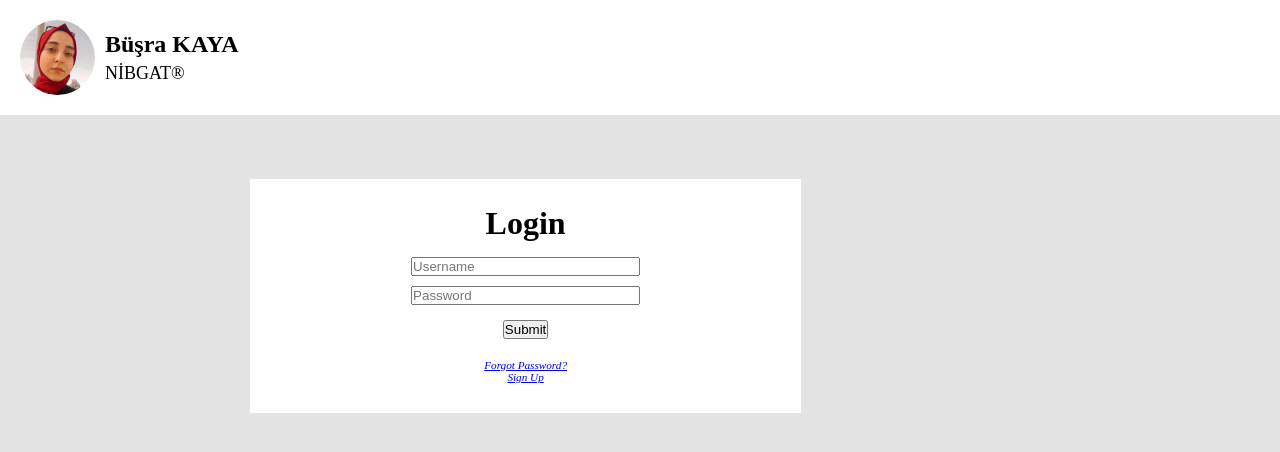
Repository: busra-kayaa/LoginPage
Page: login.html
These files come from the project's save history. The page is drawn as it stood at one moment and after the next save; the edit follows.
The browser window is 1280 px wide. The pictures show the whole page.

Above is the page before, as saved 2024-01-02 18:12:44.

After the next save:
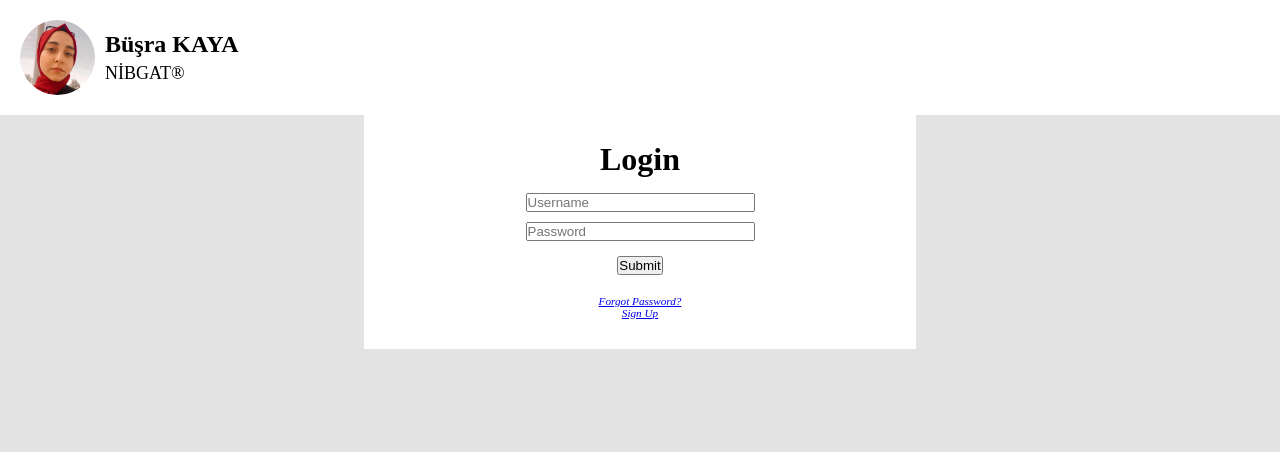
Saved 48 s later.
--- a/style.css
+++ b/style.css
@@ -53,10 +53,7 @@ body {
     align-items: center;
     text-align: center;
     display: flex;
-    margin-top: 5%;
-    margin-bottom: 5%;
-    margin-right: 250px;
-    margin-left: 250px;
+    margin: auto;
     padding: 2%;
     width: 500px;
 }

After the save that followed:
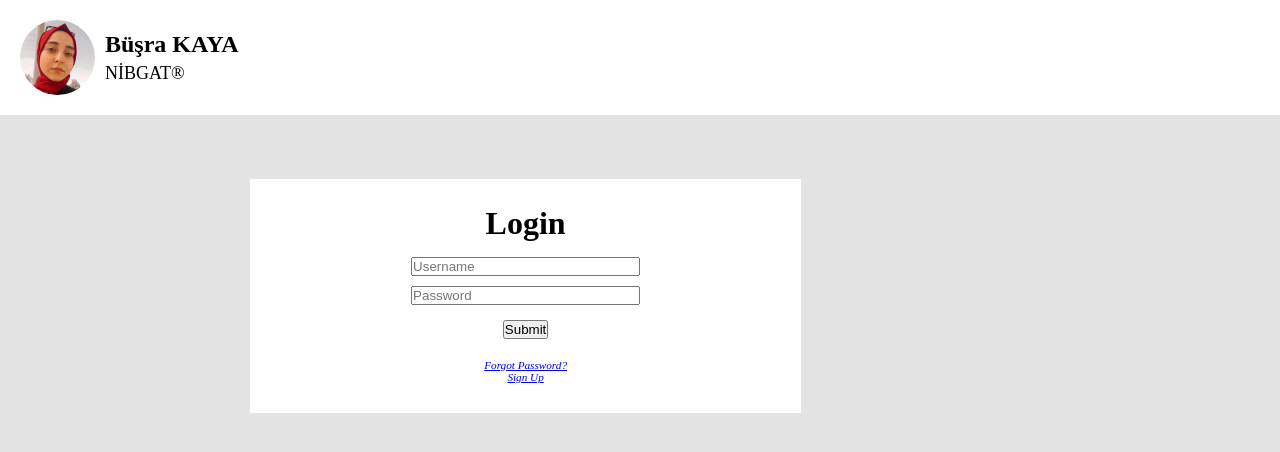
Saved 102 s later.
--- a/style.css
+++ b/style.css
@@ -53,7 +53,10 @@ body {
     align-items: center;
     text-align: center;
     display: flex;
-    margin: auto;
+    margin-top: 5%;
+    margin-bottom: 5%;
+    margin-right: 250px;
+    margin-left: 250px;
     padding: 2%;
     width: 500px;
 }
